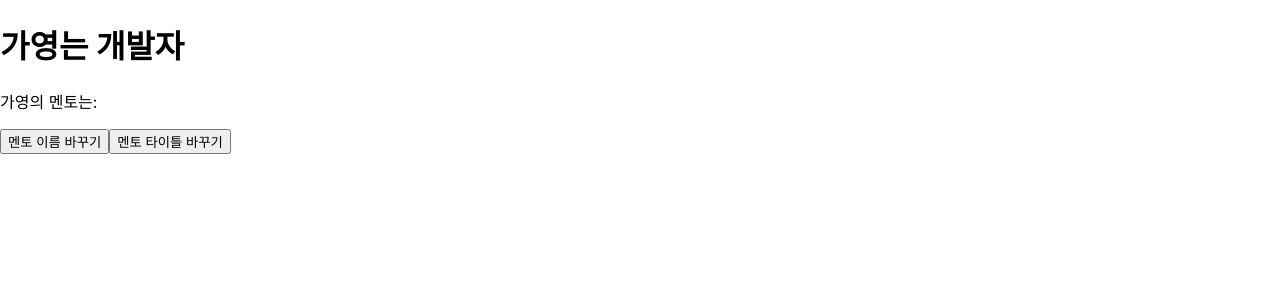
Repository: Yugayoung/css-example
Page: / (app in react/basic/)
An editor plug-in stored every save of this project. The page is shown before and after a run of saves, followed by the edit.
The browser window is 1280 px wide. The pictures show the whole page.
The project was rebuilt for these pictures with package versions that can differ from the ones it lists, and the page was loaded fresh each time.

Above is the page before, as saved 2023-12-20 14:21:41.

### react/basic/src/index.js
import React from 'react';
import ReactDOM from 'react-dom/client';
import './index.css';
import reportWebVitals from './reportWebVitals';
import AppMentors from './AppMentors';

const root = ReactDOM.createRoot(document.getElementById('root'));
root.render(
  <React.StrictMode>
    <AppMentors />
  </React.StrictMode>
);

// If you want to start measuring performance in your app, pass a function
// to log results (for example: reportWebVitals(console.log))
// or send to an analytics endpoint. Learn more: https://bit.ly/CRA-vitals
reportWebVitals();

### react/basic/src/AppMentors.jsx
import React, { useState } from 'react';

export default function AppMentors() {
  const [person, setPerson] = useState({
    name: '가영',
    title: '개발자',
    mentor: [
      {
        name: '엘리',
        title: '시니어개발자',
      },
      {
        name: '제임스',
        title: '시니어개발자',
      },
    ],
  });
  return (
    <div>
      <h1>
        {person.name}는 {person.title}
      </h1>
      <p>{person.name}의 멘토는: </p>
      <button
        onClick={() => {
          const name = prompt(`what's your mentor's name?`);
          setPerson((person) => ({
            ...person,
            mentor: { ...person.mentor, name },
          }));
        }}
      >
        멘토 이름 바꾸기
      </button>
      <button
        onClick={() => {
          const title = prompt(`what's your mentor's title?`);
          setPerson((person) => ({
            ...person,
            mentor: { ...person.mentor, title },
          }));
        }}
      >
        멘토 타이틀 바꾸기
      </button>
    </div>
  );
}

Loaded but not shown: react/basic/public/index.html (common file); react/basic/src/index.css (common file); react/basic/src/reportWebVitals.js (common file)

After the next 5 saves:
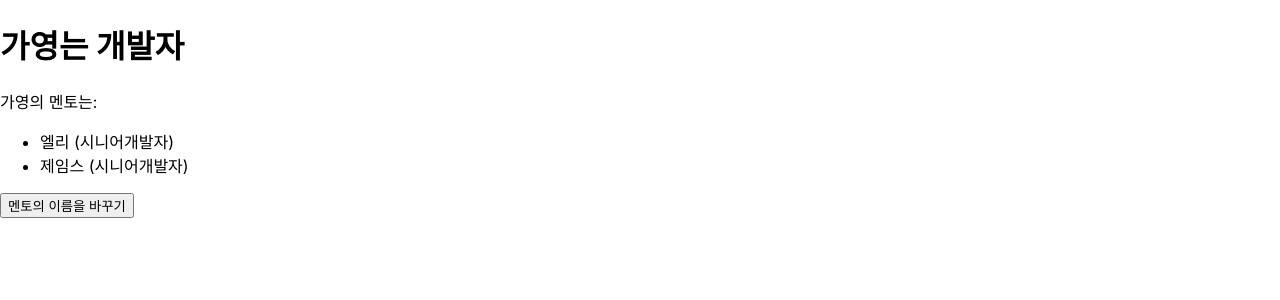
The 5 saves are shown as one change because 4 did not build or start.
The last was saved 52 min 36 s later.
--- a/react/basic/src/AppMentors.jsx
+++ b/react/basic/src/AppMentors.jsx
@@ -20,28 +20,30 @@ export default function AppMentors() {
       <h1>
         {person.name}는 {person.title}
       </h1>
-      <p>{person.name}의 멘토는: </p>
+      <p>{person.name}의 멘토는:</p>
+      <ul>
+        {person.mentor.map((mentor, index) => (
+          <li key={index}>
+            {mentor.name} ({mentor.title})
+          </li>
+        ))}
+      </ul>
       <button
         onClick={() => {
-          const name = prompt(`what's your mentor's name?`);
+          const prev = prompt(`누구의 이름을 바꾸고 싶은가요?`);
+          const current = prompt(`이름을 무엇으로 바꾸고 싶은가요?`);
           setPerson((person) => ({
             ...person,
-            mentor: { ...person.mentor, name },
+            mentor: person.mentor.map((mentor) => {
+              if (mentor.name === prev) {
+                return { ...mentor, name: current };
+              }
+              return mentor;
+            }),
           }));
         }}
       >
-        멘토 이름 바꾸기
-      </button>
-      <button
-        onClick={() => {
-          const title = prompt(`what's your mentor's title?`);
-          setPerson((person) => ({
-            ...person,
-            mentor: { ...person.mentor, title },
-          }));
-        }}
-      >
-        멘토 타이틀 바꾸기
+        멘토의 이름을 바꾸기
       </button>
     </div>
   );
